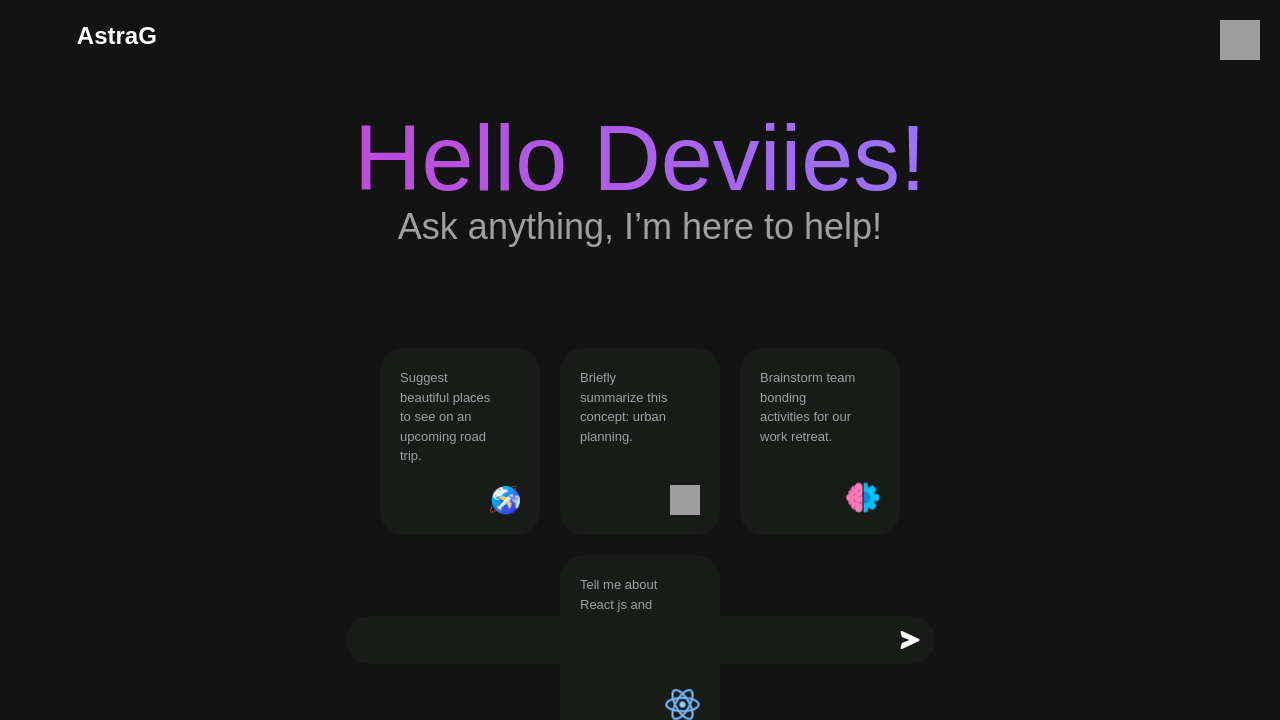
Repository: S-o-b-u/AstraGen1
Page: /
An editor plug-in stored every save of this project. The page is shown before and after the next save, followed by the edit.
The browser window is 1280 px wide. The pictures show the whole page.
Pictures or frames that could not be fetched are drawn as grey boxes. The project was rebuilt for these pictures with package versions that can differ from the ones it lists, and the page was loaded fresh each time. Also part of the build but not shown: vite.config.js, src/components/Loader/Loader.jsx, src/components/Sidebar/SIdebar.jsx.

Above is the page before, as saved 2024-11-14 01:26:02.

After the next save:
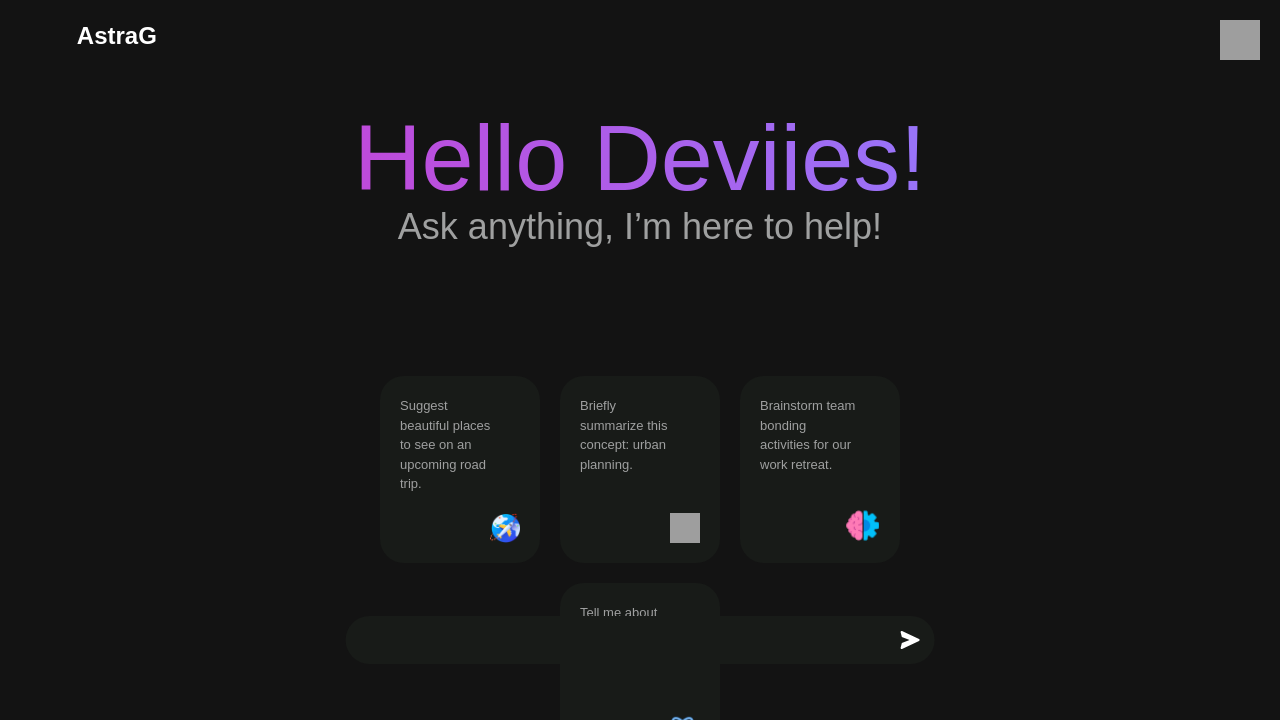
Saved 9 s later.
--- a/src/components/Main/Main.jsx
+++ b/src/components/Main/Main.jsx
@@ -52,7 +52,7 @@ const Main = () => {
             Ask anything, I’m here to help!{" "}
             </p>
             </div>
-            <div className="cards justify-center lg:absolute lg:left-[50%] lg:-translate-x-[50%] text-white mt-28 p-1 lg:mt-64 flex flex-wrap gap-2 lg:gap-5 ">
+            <div className="cards justify-center lg:absolute lg:left-[50%] lg:-translate-x-[50%] text-white mt-28 p-8 lg:mt-64 flex flex-wrap gap-2 lg:gap-5 ">
               <div onClick={()=>loadPrompt("Suggest beautiful places to see on an upcoming road trip.")} className="card relative transition-all text-start ease-in-out duration-300 bg-[#181B18] hover:bg-[#161816] p-5 lg:w-40 lg:h-[26vh] rounded-3xl ">
                 <p className="text-[13px] w-24">
                   Suggest beautiful places to see on an upcoming road trip.
